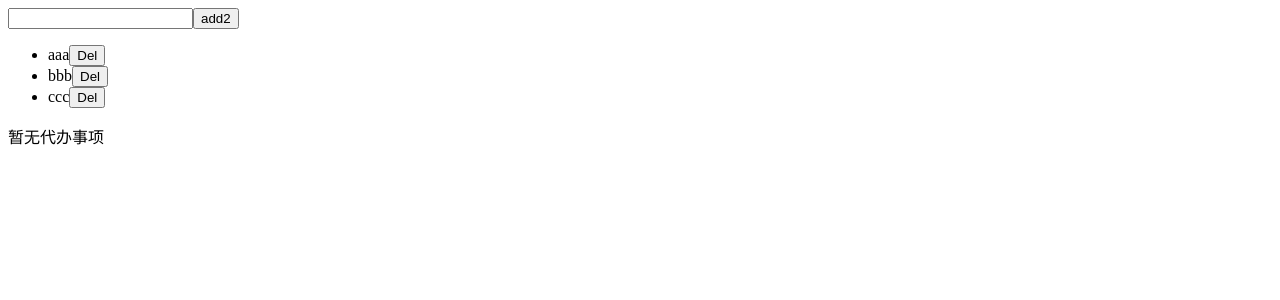
Repository: zenghao518518/React
Page: /
These files come from the project's save history. The page is drawn as it stood at one moment and after the next save; the edit follows.
The browser window is 1280 px wide. The pictures show the whole page.
The project was rebuilt for these pictures with package versions that can differ from the ones it lists, and the page was loaded fresh each time.

Above is the page before, as saved 2023-07-17 17:15:58.

After the next save:
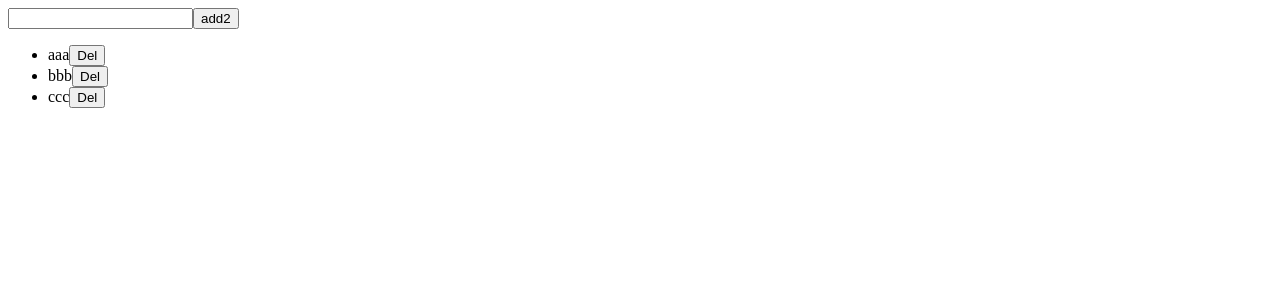
Saved 36 s later.
--- a/src/01-base/10-todolist.js
+++ b/src/01-base/10-todolist.js
@@ -34,7 +34,7 @@ export default class App extends Component {
                     )
              }
          </ul>
-         {this.state.list.length? <div>暂无代办事项</div>:null}
+         {this.state.list.length===0? <div>暂无代办事项</div>:null}
     </div>;
   }
   handleClick2=()=>{
